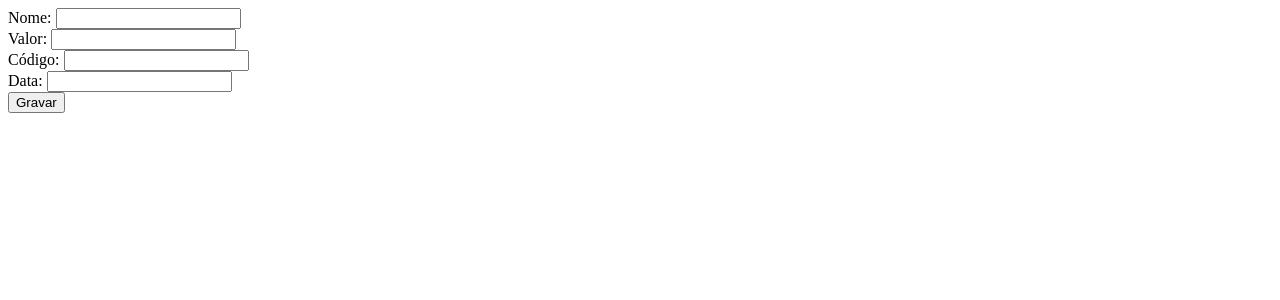
Repository: leonardosibela/aula-provisorio-master
Page: sitevendas/src/main/webapp/filter/index.html
These files come from the project's save history. The page is drawn as it stood at one moment and after the next save; the edit follows.
The browser window is 1280 px wide. The pictures show the whole page.

Above is the page before, as saved 2015-12-05 16:25:21.

After the next save:
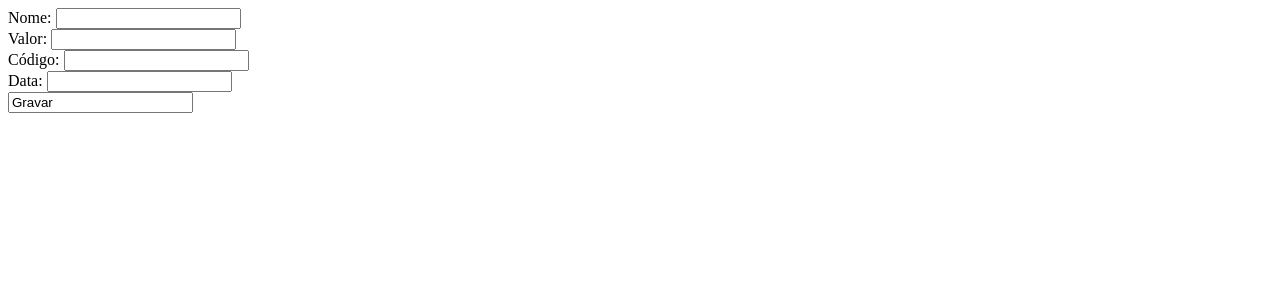
Saved 8 s later.
--- a/sitevendas/src/main/webapp/filter/index.html
+++ b/sitevendas/src/main/webapp/filter/index.html
@@ -16,7 +16,7 @@
       C&oacute;digo: <input type="text" name="codigo" /><br />
       Data: <input type="text" name="data" /><br />
 
-      <input type="submit" value="Gravar" onclick="validaCampos()" />
+      <input value="Gravar" onclick="validaCampos()" />
     </form>
 </body>
 </html>

After the 3 saves that followed:
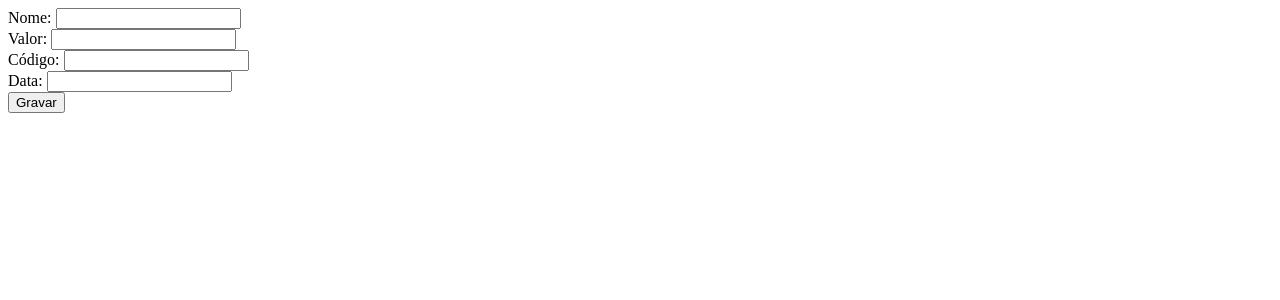
The 3 saves are shown as one change because 2 left the picture as it was.
The last was saved 5 min 25 s later.
--- a/sitevendas/src/main/webapp/filter/index.html
+++ b/sitevendas/src/main/webapp/filter/index.html
@@ -2,9 +2,10 @@
 <body>
 	<script>
 
-		var validaCampos = function(val) {
+		var validaCampos = function() {
 			var form = document.forms[0];
 
+			console.log(form);
 
 			form.submit();
 		}
@@ -16,7 +17,7 @@
       C&oacute;digo: <input type="text" name="codigo" /><br />
       Data: <input type="text" name="data" /><br />
 
-      <input value="Gravar" onclick="validaCampos()" />
+      <button onclick="validaCampos()">Gravar</button>
     </form>
 </body>
 </html>
